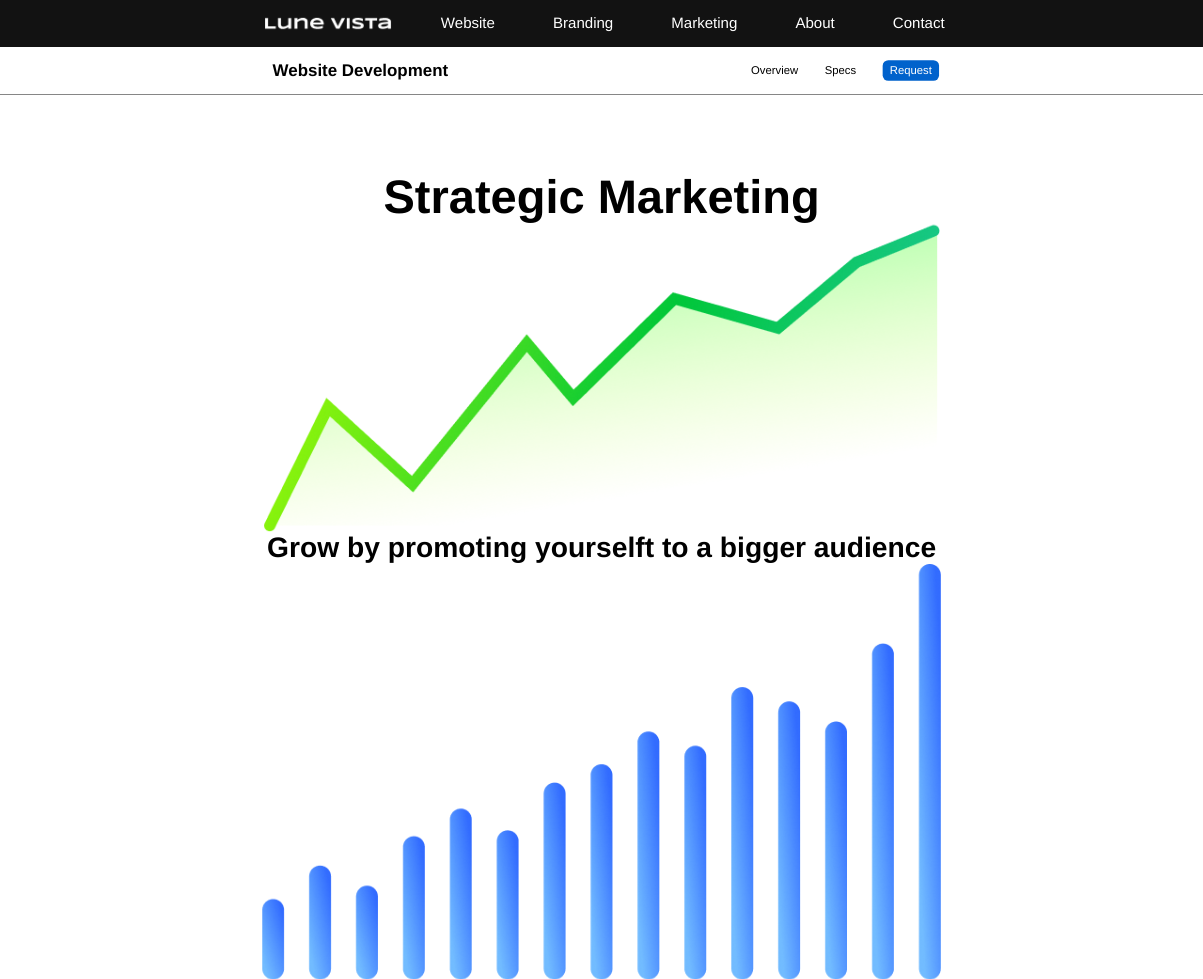
Repository: yoItsTyler/templates
Page: /marketing
An editor plug-in stored every save of this project. The page is shown before and after the next save, followed by the edit.
The browser window is 1280 px wide. The pictures show the whole page, at 94% of full size.
Some web fonts or font styles are not loaded; a fallback is used. The project was rebuilt for these pictures with package versions that can differ from the ones it lists, and the page was loaded fresh each time. Also part of the build but not shown: src/components/Branding/styles.module.css, src/components/Branding/Branding.js, src/components/Home/styles.module.css, src/components/Navbar/styles.module.css, src/components/Navbar/Navbar.js, src/components/NavbarMobile/styles.module.css, src/components/NavbarMobile/NavbarMobile.js, src/components/Home/Home.js and 10 more. Imported but missing from the stored project, and not drawn on this page: src/components/Request.

Above is the page before, as saved 2022-12-01 20:33:15.

### public/index.html
<!DOCTYPE html>
<html lang="en">
  <head>
    <meta charset="utf-8" />
    <link rel="icon" href="%PUBLIC_URL%/favicon.ico" />
    <meta name="viewport" content="width=device-width, initial-scale=1" />
    <meta name="theme-color" content="#000000" />
    <meta
      name="description"
      content="Web site created using create-react-app"
    />
    <link rel="apple-touch-icon" href="%PUBLIC_URL%/logo192.png" />
    <!--
      manifest.json provides metadata used when your web app is installed on a
      user's mobile device or desktop. See https://developers.google.com/web/fundamentals/web-app-manifest/
    -->
    <link rel="manifest" href="%PUBLIC_URL%/manifest.json" />
    <!--
      Notice the use of %PUBLIC_URL% in the tags above.
      It will be replaced with the URL of the `public` folder during the build.
      Only files inside the `public` folder can be referenced from the HTML.

      Unlike "/favicon.ico" or "favicon.ico", "%PUBLIC_URL%/favicon.ico" will
      work correctly both with client-side routing and a non-root public URL.
      Learn how to configure a non-root public URL by running `npm run build`.
    -->
    <title>Root Template</title>
  </head>
  <body>
    <noscript>You need to enable JavaScript to run this app.</noscript>
    <div id="root"></div>
    <!--
      This HTML file is a template.
      If you open it directly in the browser, you will see an empty page.

      You can add webfonts, meta tags, or analytics to this file.
      The build step will place the bundled scripts into the <body> tag.

      To begin the development, run `npm start` or `yarn start`.
      To create a production bundle, use `npm run build` or `yarn build`.
    -->
  </body>
</html>

### src/index.js
import React from 'react';
import  ReactDOM  from 'react-dom';
import './index.css';
import reportWebVitals from './reportWebVitals';
import { BrowserRouter as Router } from 'react-router-dom';
import { App } from './components/App';

ReactDOM.render(
  <React.StrictMode>
    <Router>
     <App/>
    </Router>
  </React.StrictMode>,
  document.getElementById('root'),
);



// If you want to start measuring performance in your app, pass a function
// to log results (for example: reportWebVitals(console.log))
// or send to an analytics endpoint. Learn more: https://bit.ly/CRA-vitals
reportWebVitals();

### src/index.css


@import url('https://fonts.cdnfonts.com/css/work-sans');
html, body{
  min-height: fit-content;
 height: 100vh;
  width: 100vw;
  max-width: 100vw;
  margin: 0;
  overflow-x: hidden;
  -ms-overflow-style: none;  /* IE and Edge */
  scrollbar-width: none;  /* Firefox */
  scroll-behavior: smooth;



}
body {



  font-family:  -apple-system, BlinkMacSystemFont, 'Segoe UI', 'Roboto', 'Oxygen',
    'Ubuntu', 'Cantarell', 'Fira Sans', 'Droid Sans', 'Helvetica Neue',
    sans-serif;
    font-family: 'Helvetica';
    font-style: normal;
  -webkit-font-smoothing: antialiased;
  -moz-osx-font-smoothing: grayscale;

  font-family: 'Helvetica', sans-serif;
  -webkit-font-smoothing: antialiased;
  -moz-osx-font-smoothing: grayscale;
}
body::-webkit-scrollbar{
  display: none;
}


code {
  font-family: source-code-pro, Menlo, Monaco, Consolas, 'Courier New',
    monospace;
}

### src/components/App/App.js
import { useEffect, useState } from 'react';
import { Route, Switch } from 'react-router-dom';
import { Branding } from '../Branding/Branding';
import { Home } from '../Home';
import { LogoDesign } from '../LogoDesign';
import { Marketing } from '../Marketing/Marketing';
import { Navbar } from '../Navbar/Navbar';
import { NavbarMobile } from '../NavbarMobile';
import { Plan } from '../Plan/Plan';
import { Plans } from '../Plans/Plans';
import { Request } from '../Request';
import { Specs } from '../Specs';
import { Web } from '../Web/Web';
import styles from './styles.module.css';






export const App = () => {




    return(
        <div className={styles.main}>


            <Switch>
            <Route exact path = {['/request/:id', '/request']} component={Request}/>
            <Route exact path='/marketing' component={Marketing}/>
            <Route exact path = '/branding' component={Branding}/>
            <Route exact path = '/logo-design' component={LogoDesign}/>
                <Route exact path = '/plan/:id' component={Plan}/>
                <Route exact path = '/web-plans' component={Plans}/>
                 <Route exact path = '/web' component={Web}/>
                 <Route exact path = '/specs' component={Specs}/>
                <Route path={['/']} component={Home}/>

            </Switch>
        </div>
    )
}

### src/components/LogoDesign/index.js
export * from './LogoDesign';

### src/components/Marketing/Marketing.js
import { NavbarWeb } from '../NavbarWeb/NavbarWeb';
import { NavBarWebSub } from '../NavBarWebSub/NavBarWebSub';
import styles from './styles.module.css';
import graph from '../../images/Group 55.png';
import graph2 from '../../images/Group 56.png';

export const Marketing = () => {

    return(
        <div className={styles.main}>
            <NavbarWeb/>
            <NavBarWebSub/>


            <div className={styles.tile}>

                <div className={styles.title}>
                    Strategic Marketing

                </div>

                <div className={styles.centerItem}>
                <img src={graph} className={styles.graph}/>
                </div>
                <div className={styles.subTxt}>
                    Grow by <span className={styles.blueGrad}>promoting</span> yourselft to a bigger audience
                </div>

                <div className={styles.centerItem}>
                <img src={graph2} className={styles.graph2}/>
                </div>







            </div>

        </div>
    );
};

### src/components/NavbarMobile/index.js
export * from './NavbarMobile';

### src/components/Specs/index.js
export * from './Specs';

### src/components/App/styles.module.css
.main{
    margin-top: 0;
    min-height: fit-content;
    height: 100vh;
    width: 100%;
    max-width: 100vw;
}

### src/components/NavbarWeb/NavbarWeb.js
import styles from './styles.module.css';
import logo2 from '../../images/LuneVistaLogo.png';
import search from '../../images/search.png';
import { useHistory } from 'react-router-dom';
import { useEffect, useState } from 'react';


export const NavbarWeb = () => {
    const history = useHistory();


    const [mobileBool, setMobileBool] = useState(false);
    const [windowDimension, setWindowDimension] = useState(722)

    useEffect(() => {
        setWindowDimension(window.innerWidth);
    }, []);

    useEffect(() => {
        function handleResize() {
            setWindowDimension(window.innerWidth);
        }

        window.addEventListener("resize", handleResize);
        return () => window.removeEventListener('resize', handleResize);
    }, []);

    const isMobile = windowDimension <= 720;

    useEffect(() => {
        if (isMobile !== mobileBool) {
            setMobileBool(isMobile);
        };
        return isMobile;
    }, [isMobile]);





    // <div className={styles.falseDiv}></div>
    return (
        <div className={styles.main}>

            <div className={styles.row}>


                <div className={styles.logo}
                    onClick={() => history.push('/')}
                >
                    <img src={logo2} style={{ width: '100%', height: '' }} />

                </div>






                        {isMobile ? (
                            <div className={styles.mobileMenu}>Menu</div>
                        ) : (
                            <div className={styles.pages}>
                            <div className={styles.page}
                                 onClick={() => history.push('/web')}
                                >Website</div>
                                <div className={styles.page} onClick={() => history.push('/branding')}
                                >Branding</div>
                                <div className={styles.page} onClick={() => history.push('/marketing')}
                                >Marketing</div>
                                <div className={styles.page} onClick={() => history.push('/about')}
                                >About</div>
                                <div className={styles.page} onClick={() => history.push('/contact')}
                                >Contact</div>
                            </div>

                        )}



                    </div>


                </div>





            )
}

### src/components/NavBarWebSub/NavBarWebSub.js
import { useHistory } from 'react-router-dom';
import styles from './styles.module.css';


export const NavBarWebSub = () => {
    const history = useHistory();

    /*




                <div className={styles.row}>
                    <div className={styles.title}>
                        Website Development
                    </div>
                    <div className={styles.btnRow}>
                        <div className={styles.btnTxt}>Overview</div>
                        <div className={styles.btnTxt}>Specs</div>
                        <div className={styles.requestBtn}>Request</div>
                    </div>



                </div>*/


    return (
        <div className={styles.main}>
            <div className={styles.column}>
                <div className={styles.topSpace}></div>
                <div className={styles.row}>
                    <div className={styles.title}>
                        Website Development
                    </div>
                    <div className={styles.btnRow}>
                        <div className={styles.btnTxt}>Overview</div>
                        <div className={styles.btnTxt} onClick={() => history.push('/specs')}
                        >Specs</div>
                        <div className={styles.requestBtn} onClick={() => history.push('/web-plans')}
                        >Request</div>
                    </div>



                </div>



            </div>



        </div>
    )
}

### src/components/Marketing/styles.module.css
.main{

}
.title{
    margin-top: 80px;
    font-weight: 700;
    font-size: 50px;
    text-align: center;

}
.centerItem{
    display: flex;
    flex-direction: column;
    align-items: center;
    justify-content: center;

}
.subTxt{
    text-align: center;
    font-weight: 700;
    font-size: 30px;
}
.blueGrad{
    grad

}

### src/components/NavbarWeb/styles.module.css
.main{
    width: 100vw;
    max-width: 100vw;
    height: 50px;
    margin-top: 0;
   overflow-x: hidden;
    background-color: hsl(0, 0%, 7%);
    position: fixed;
    display: flex;
    z-index: 2;
    justify-content: center;



}
.row{
    width: 100%;

    align-self: center;

    height: 50px;
    max-width: 730px;

    color: #FFFFFF;
 display: flex;
 align-items: center;

justify-content: space-between;



}
.logo{

    padding-left: min(16px, 1.0%);
    height: 32px;
    cursor: pointer;
    display: flex;
    align-content: center;
    align-items: center;
    justify-content: center;
      justify-self: left;
    max-width: 134px;




}
.falseDiv{
    padding-right: min(16px, 1.0%);
    width: 134px;



}
.rightSide{
   align-self: center;
  justify-self: center;


}
.pages{
    flex-basis: 1;
    display: flex;
   height: 32px;


    width: 80%;
    max-width: 536px;
    align-items: center;
    justify-content: space-between;
    justify-self: center;




}

.page{

    font-weight: 400;
    font-size: 16px;
    line-height: 24px;
   cursor: pointer;

   height: 24px;
   align-content: center;
   align-items: center;

   padding-left: 0px;
   padding-right: 0px;

}
.page:hover{
    background-color: rgba(0, 0, 0, 0.3);
   border-radius: 3px;
}
.mobileMenu{
    margin-right: 9px;
}



.search{
   padding-right: min(16px, 1.5%);
margin-left: auto;


}

### src/components/NavBarWebSub/styles.module.css
.main{
    width: 100vw;
    height: 100px;
    position: sticky;

  max-width: 100vw;
  overflow-x: hidden;

    display: flex;
    justify-content: center;
    z-index: 1;
    background-color: white;
    border-bottom: rgba(0, 0, 0, 0.473) .6px solid;
}


.column{
    width: 100%;
    max-width: 730px;

    display: flex;
    flex-direction: column;
    justify-content: center;
    align-content: center;
}
.topSpace{
    height: 50px;

}
.row{
    justify-self: center;
    display: flex;
    width: 100%;
    max-width: 730px;
    justify-content: space-between;
    align-items: center;
    padding-left: 6px;
    padding-right: 6px;
}
.btnRow{
    display: flex;
    width: 200px;
    justify-content: space-between;
    padding-left: 6px;
    align-items: center;
    margin-right: 12px;
}
.title{
    margin-left: 9px;
    height: 20px;
    font-size: 18px;
    font-weight: 700;
    flex-wrap: nowrap;

}
@media only screen and (max-width: 440px) {
    .title{
        font-size: 18px;
        max-width: 100px;
        overflow: hidden;

    }
}
.btnTxt{
    font-size: 12px;
    font-weight: 400;
    line-height: 14px;
    cursor: pointer;

}
.requestBtn{
    font-size: 12px;
    font-weight: 400;
    background-color: #0062CC;
    color: white;
    height: 22px;
    width: 60px;
    display: flex;
    flex-direction: column;
    align-items: center;

    justify-content: center;
    border-radius: 6px;
    line-height: 20px;
    cursor: pointer;
}

Loaded but not shown: src/reportWebVitals.js (common file); src/components/App/index.js (common file); src/components/Home/index.js (common file); src/components/Home/mobile.module.css (no stored copy; drawn as an empty file)

After the next save:
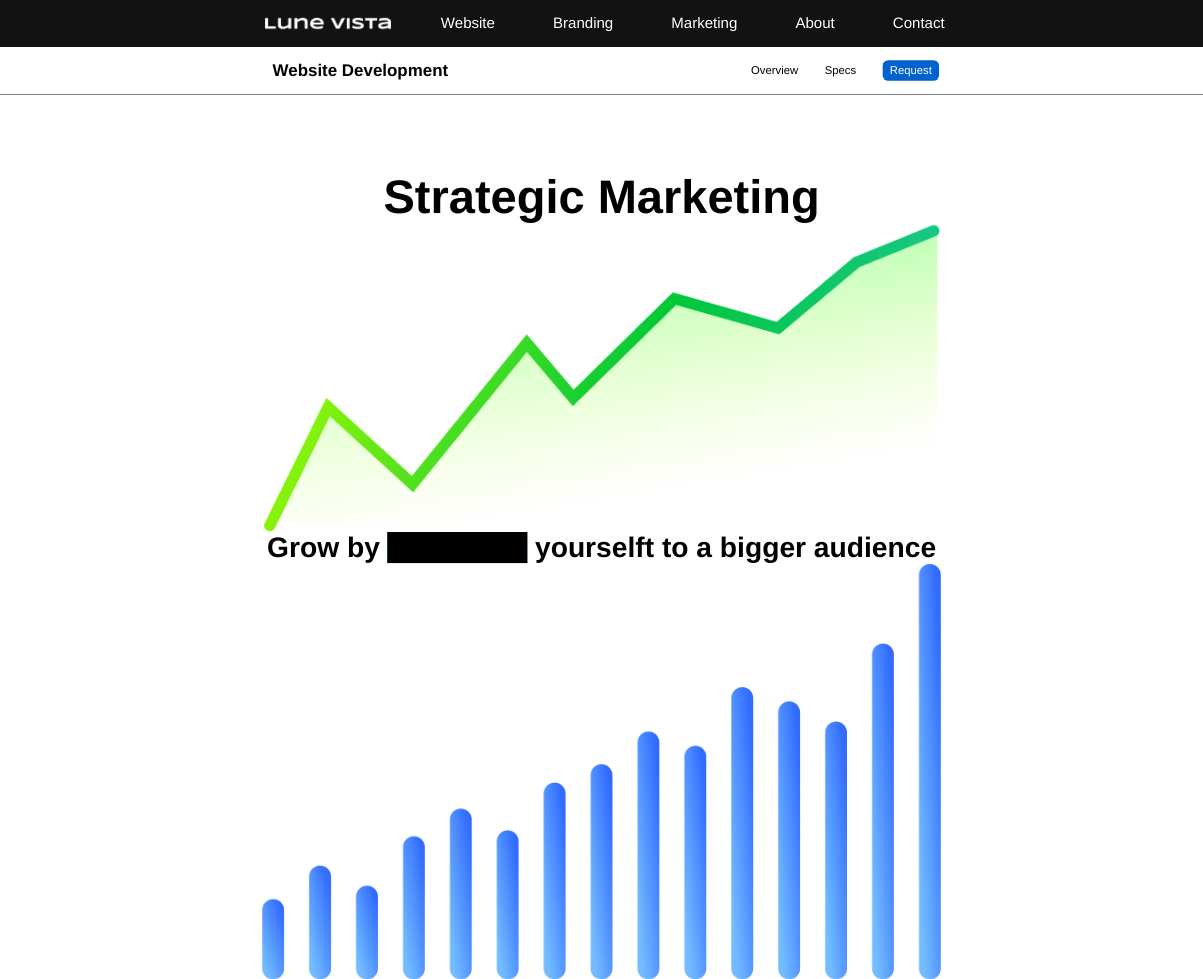
Saved 90 s later.
--- a/src/components/Marketing/styles.module.css
+++ b/src/components/Marketing/styles.module.css
@@ -21,6 +21,8 @@
     font-size: 30px;
 }
 .blueGrad{
-    grad
+    background: linear-gradient(0deg, #000000, #000000),
+linear-gradient(90.35deg, #28D0D0 15.73%, #2A8BE4 41.95%);
+
 
 }
